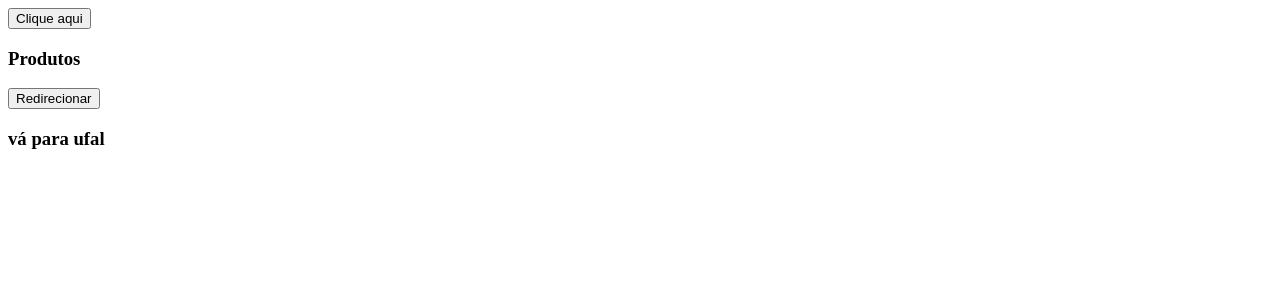
Repository: DaniloBaracho/javascript
Page: index.html
These files come from the project's save history. The page is drawn as it stood at one moment and after the next save; the edit follows.
The browser window is 1280 px wide. The pictures show the whole page.

Above is the page before, as saved 2020-06-08 17:30:07.

### index.html
<!DOCTYPE html>
<html lang="pt-br">
<head>
    <meta charset="utf-8">
    <!--<script type="text/javascript" src="JS/js.js"></script>-->
    <!--<script type="text/javascript" src="JS/logica.js"></script>-->
   <!-- <script type="text/javascript" src="JS/function.js"></script>-->
   <script type="text/javascript" src="JS/butao.js"></script>
    <link rel="script" href="JS/js.js">
</head>
<body>
<button type="button" onclick="butao()">Clique aqui</button>
<h3 id="produtos">Produtos</h3>
<button type="button" onclick="redirecionar()">Redirecionar</button>
<h3 onclick="redirecionar()">vá para ufal</h3>
</body>
</html>

### JS/butao.js
function butao(){
   document.getElementById("produtos").innerHTML="obrigado por ver os produtos";
}
function redirecionar(){
   // window.open("https://www.ufal.br");
    window.location.href="https://www.ufal.br";
}

After the next save:
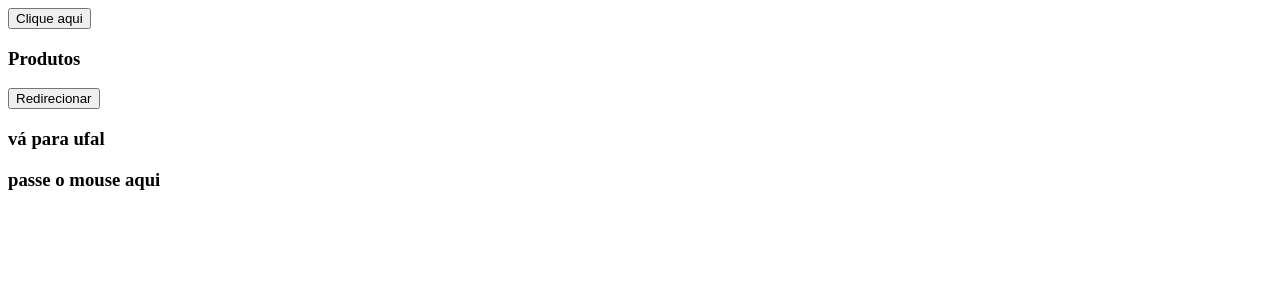
Saved 3 min 9 s later.
--- a/index.html
+++ b/index.html
@@ -13,5 +13,6 @@
 <h3 id="produtos">Produtos</h3>
 <button type="button" onclick="redirecionar()">Redirecionar</button>
 <h3 onclick="redirecionar()">vá para ufal</h3>
+<h3 id="passarmouse" onmouseover="aopassar()">passe o mouse aqui</h3>
 </body>
 </html>
--- a/JS/butao.js
+++ b/JS/butao.js
@@ -5,3 +5,6 @@ function redirecionar(){
    // window.open("https://www.ufal.br");
     window.location.href="https://www.ufal.br";
 }
+function aopassar(){
+    document.getElementById("passarmouse").innerHTML="passar o mouse";
+}
